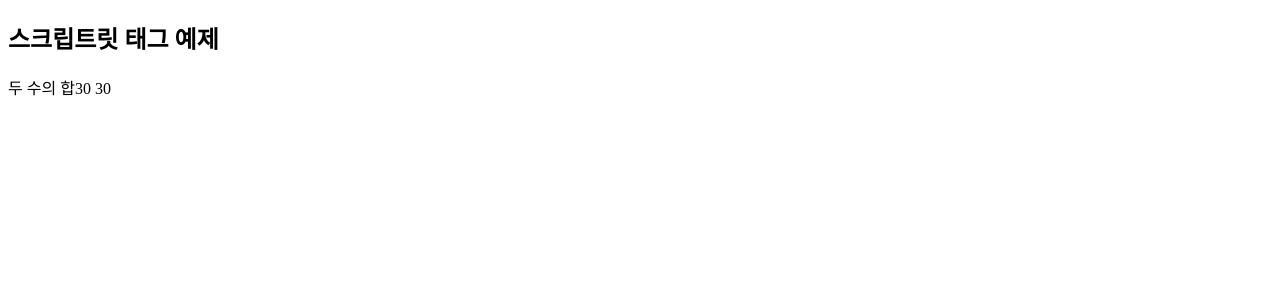
Repository: taiseidesu97/space_jspworks
Page: http://localhost/jweb0/script1.jsp
An editor plug-in stored every save of this project. The page is shown before and after the next save, followed by the edit.
The browser window is 1280 px wide. The pictures show the whole page.
The page is served by Tomcat 10. Other server files are loaded and not shown.

Above is the page before, as saved 2025-10-02 01:56:04.

### jweb0/src/main/webapp/script1.jsp
<%@ page language="java" contentType="text/html; charset=UTF-8"
    pageEncoding="UTF-8"%>
<!DOCTYPE html>
<html>
<head>
<meta charset="UTF-8">
<title>JSP태그 - 스크립트</title>
</head>
<body>
	<h2>스크립트릿 태그 예제</h2>
	<%
	int n1 = 10, n2 = 20;

	out.println("두 수의 합" + (n1 + n2));

	%>
	<%= n1 + n2 %>
</body>
</html>

After the next save:
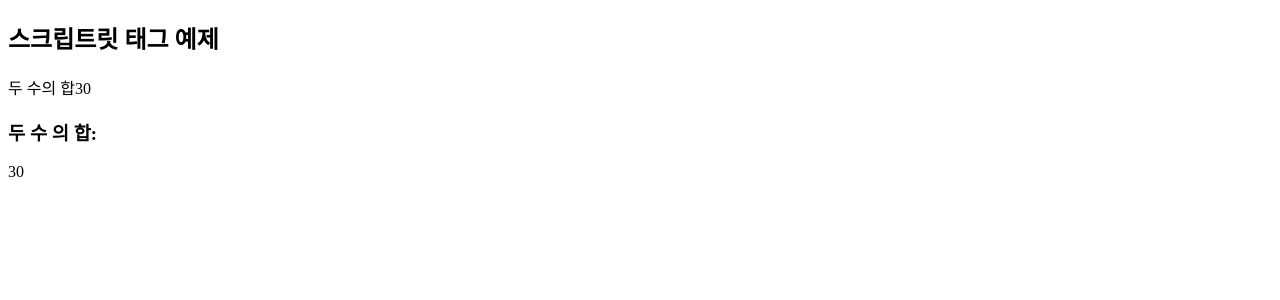
Saved 18 s later.
--- a/jweb0/src/main/webapp/script1.jsp
+++ b/jweb0/src/main/webapp/script1.jsp
@@ -14,6 +14,7 @@
 	out.println("두 수의 합" + (n1 + n2));
 
 	%>
+	<h3>두 수 의 합:</h3>
 	<%= n1 + n2 %>
 </body>
 </html>
